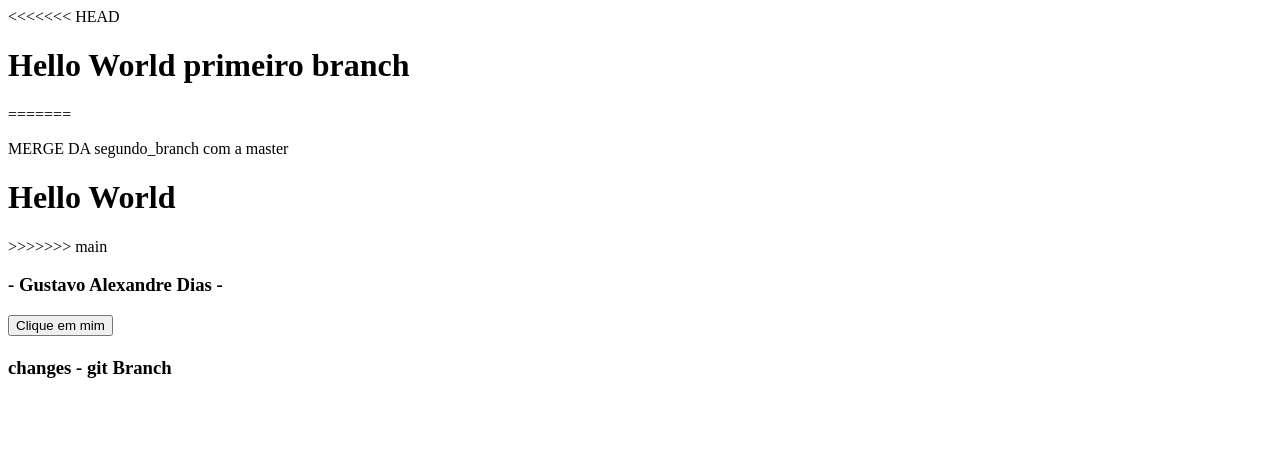
Repository: gustavo-eng/curso_git_1
Page: teste.html
An editor plug-in stored every save of this project. The page is shown before and after the next save, followed by the edit.
The browser window is 1280 px wide. The pictures show the whole page.

Above is the page before, as saved 2023-01-13 12:57:54.

After the next save:
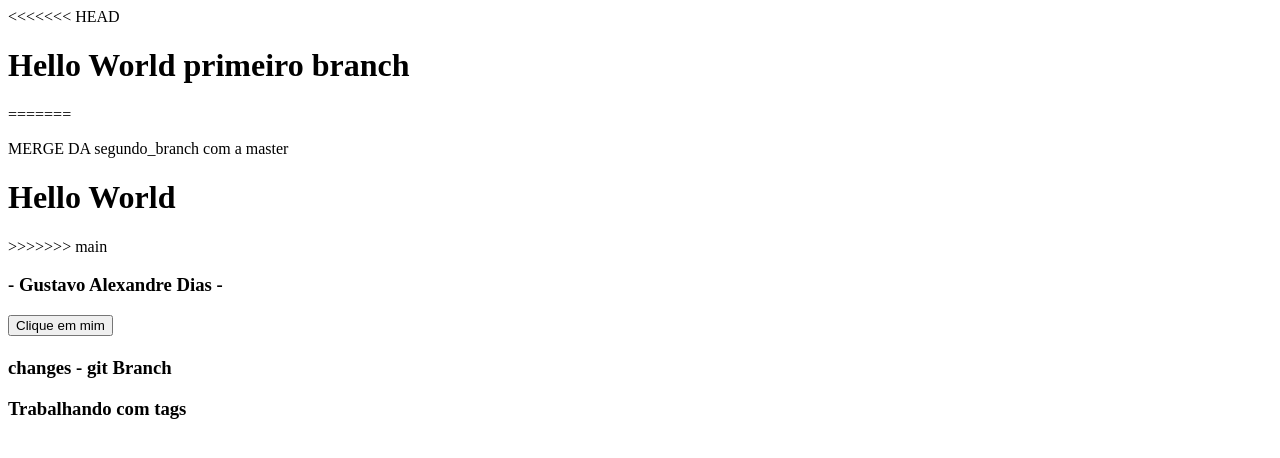
Saved 8 min 58 s later.
--- a/teste.html
+++ b/teste.html
@@ -19,5 +19,6 @@
     <button class="btn"> Clique em mim  </button>
     <h4 class="nome"> </h4>
     <h3>changes -  git Branch </h3>
+    <h3> Trabalhando com tags </h3>
 </body>
 </html>
